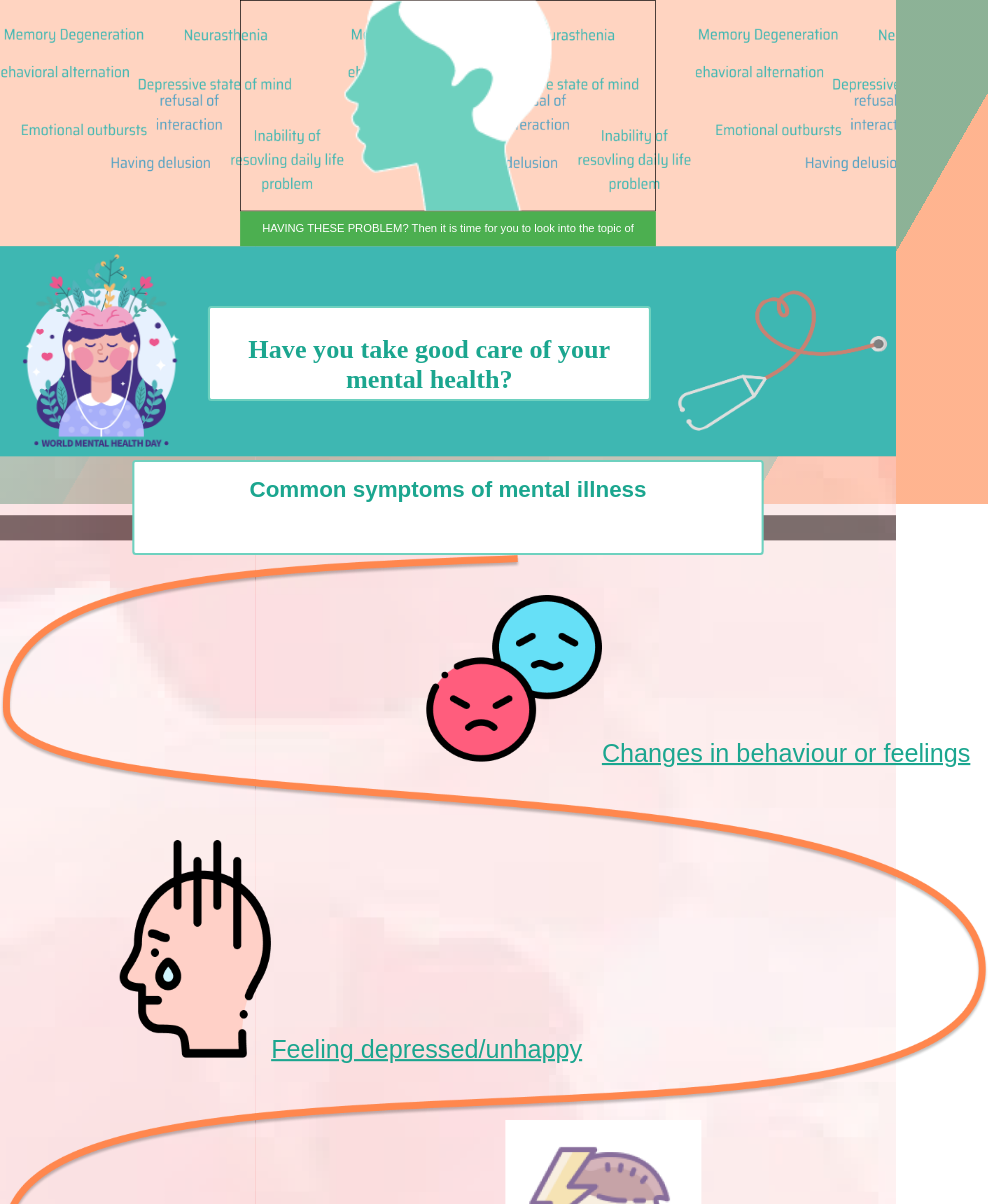
Repository: zzs1/2109-Dynamic-Content-Project
Page: index.html
These files come from the project's save history. The page is drawn as it stood at one moment and after the next save; the edit follows.
The browser window is 1280 px wide. The page is 1412 px wide, so the pictures cover 1412 px, including what lies to the right of the window. The pictures show the part of the page from y = 0 to 1720 px (the page is 8223 px tall), at 70% of full size.
Some web fonts or font styles are not loaded; a fallback is used.

Above is the page before, as saved 2021-03-09 12:24:09.

After the next save:
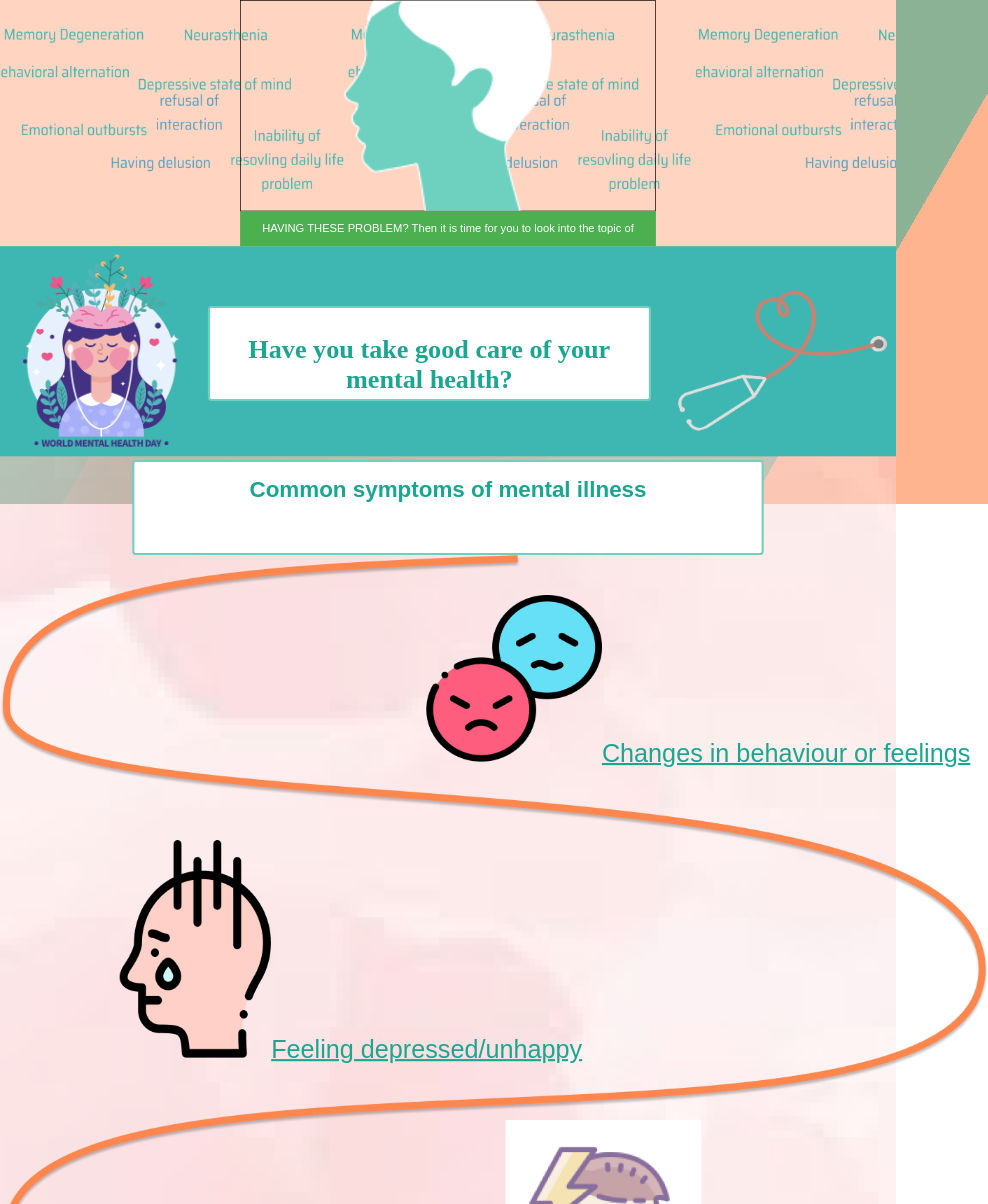
Saved 2 min 49 s later.
--- a/index.html
+++ b/index.html
@@ -244,7 +244,4 @@
     <!--DONT TOUCH !! Chisaki scripts ends here-->
 
 </body>
-<footer>
-  <p>@copyright 2021 <br>All right reserved Powered by RETHERAPHY</p>
-</footer>
 </html>
